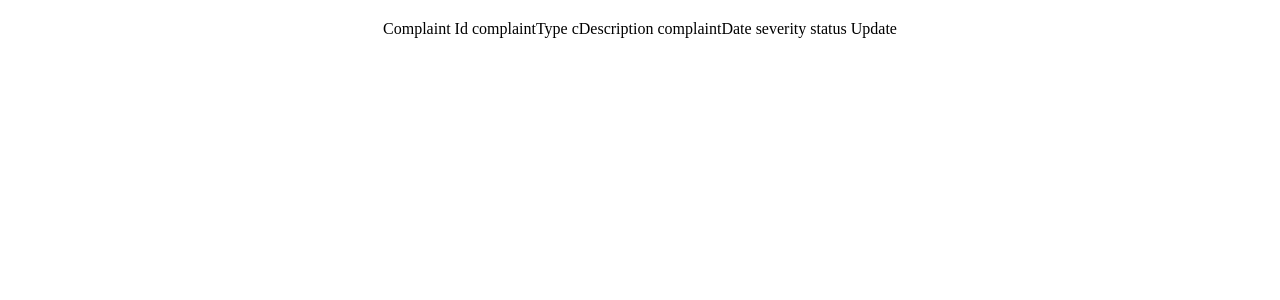
Repository: PersonalGithub26/Infinite-Training
Page: Day23-18-01-TaskComplaint/complaint/src/main/webapp/ShowComplaint.html
The author's editor kept a copy of each file at every save. The page is drawn from the files as they stood at one save, then again after the next save.
The browser window is 1280 px wide. The pictures show the whole page.

Above is the page before, as saved 2023-01-19 04:13:32.

After the next save:
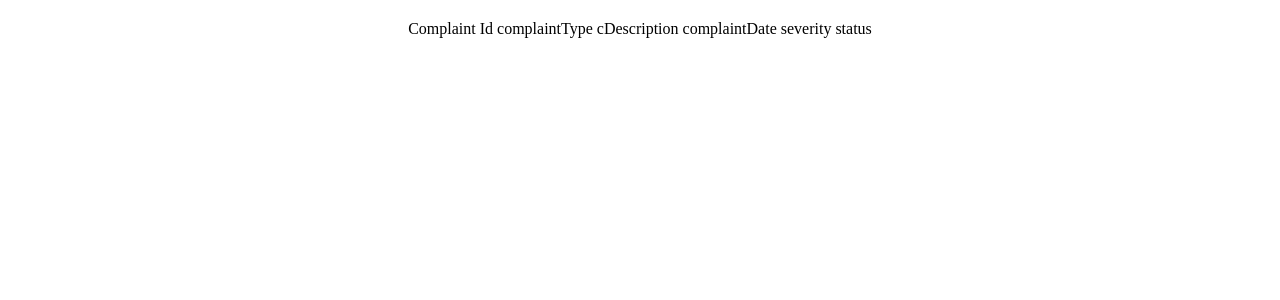
Saved 4 min 13 s later.
--- a/Day23-18-01-TaskComplaint/complaint/src/main/webapp/ShowComplaint.html
+++ b/Day23-18-01-TaskComplaint/complaint/src/main/webapp/ShowComplaint.html
@@ -17,7 +17,7 @@
 			<h:dataTable value="#{cDao.ShowAllComplaint()}" var="c" border="3">
 				<h:column>
 					<f:facet name="header">Complaint Id</f:facet>
-                  	<h:outputText value="#{c.complaintID}" />
+                  	<h:outputLabel value="#{c.complaintID}" />
                 </h:column>
 				<h:column>
 					<f:facet name="header">complaintType</f:facet>
@@ -39,12 +39,7 @@
 					<f:facet name="header">status</f:facet>
 					<h:outputText value="#{c.status}" />
 				</h:column>
-				<h:column>
-					<f:facet name="header">Update</f:facet>
-					<h:commandButton action="#{eDao.searchEmployDao(e.empno)}"
-						value="Update">
-					</h:commandButton>
-				</h:column>
+
 
 			</h:dataTable>
 		</center>
